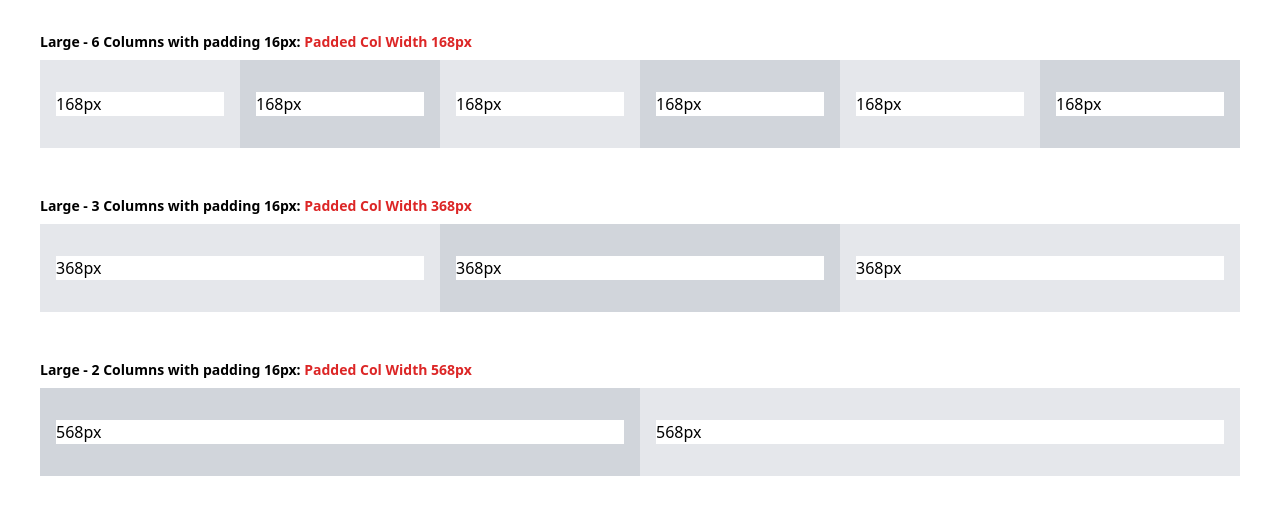
Repository: fabianwurk/vue-tailwind
Page: /
These files come from the project's save history. The page is drawn as it stood at one moment and after the next save; the edit follows.
The browser window is 1280 px wide. The pictures show the whole page.
The project was rebuilt for these pictures with package versions that can differ from the ones it lists, and the page was loaded fresh each time. Also part of the build but not shown: vite.config.js.

Above is the page before, as saved 2021-03-15 23:58:15.

After the next save:
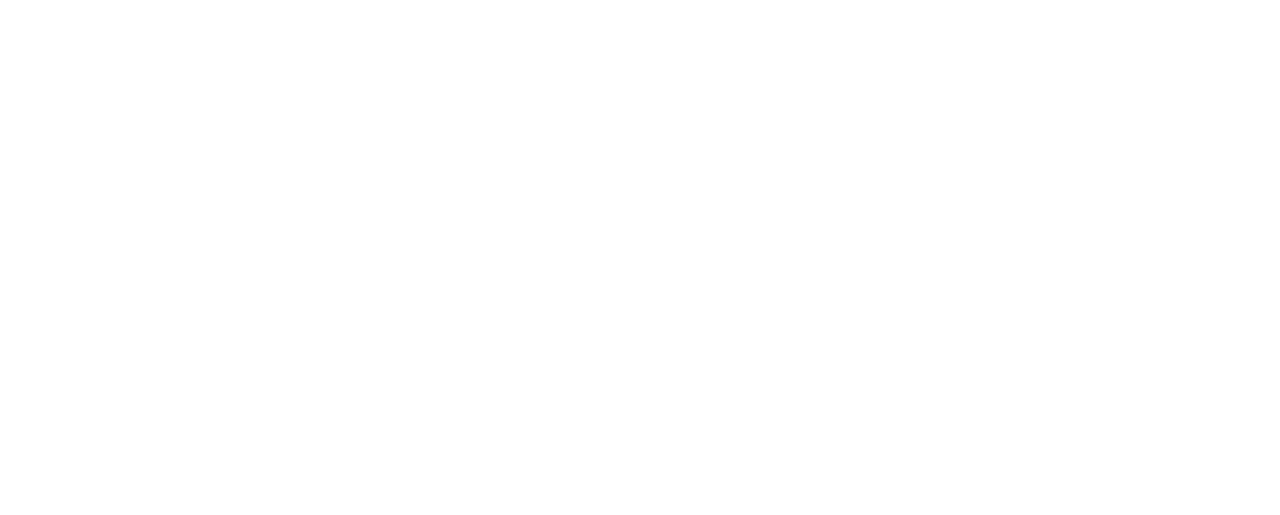
Console error (its wording comes from the project's code and is left out).
Saved 55 s later.
--- a/src/components/Tail.vue
+++ b/src/components/Tail.vue
@@ -2,7 +2,7 @@
   <div>
 
   <div class="container mx-auto">
-    <h2 class="text-sm font-bold mb-2 mt-8">Large - 6 Columns with padding 16px: <span class="text-red-600">Padded Col Width {{ sixCol }}</span></h2>
+    <h2 class="text-sm font-bold mb-2 mt-8">Large - 6 Columns: (Padding 16px) <span class="text-red-600">Padded Col Width {{ sixCol }}</span></h2>
     <div class="flex items-center">
       <div class="w-1/6 bg-gray-200 mb-4 mt-0 py-8 px-4">
         <span class="bg-white w-full block">{{ sixCol }}</span>
@@ -26,7 +26,7 @@
   </div>
 
   <div class="container mx-auto">
-    <h2 class="text-sm font-bold mb-2 mt-8">Large - 3 Columns with padding 16px: <span class="text-red-600">Padded Col Width {{ threeCol }}</span></h2>
+    <h2 class="text-sm font-bold mb-2 mt-8">Large - 3 Columns: (Padding 16px) <span class="text-red-600">Padded Col Width {{ threeCol }}</span></h2>
     <div class="flex items-center">
       <div class="w-1/3 bg-gray-200 mb-4 mt-0 py-8 px-4">
         <span class="bg-white w-full block">{{ threeCol }}</span>
@@ -41,7 +41,7 @@
   </div>
 
   <div class="container mx-auto">
-    <h2 class="text-sm font-bold mb-2 mt-8">Large - 2 Columns with padding 16px: <span class="text-red-600">Padded Col Width {{ twoCol }}</span></h2>
+    <h2 class="text-sm font-bold mb-2 mt-8">Large - 2 Columns: (Padding 16px) <span <span class="text-red-600">Padded Col Width {{ twoCol }}</span></h2>
     <div class="flex items-center">
       <div class="w-1/2 bg-gray-300 mb-4 mt-0 py-8 px-4">
         <span class="bg-white w-full block">{{ twoCol }}</span>

After the 2 saves that followed:
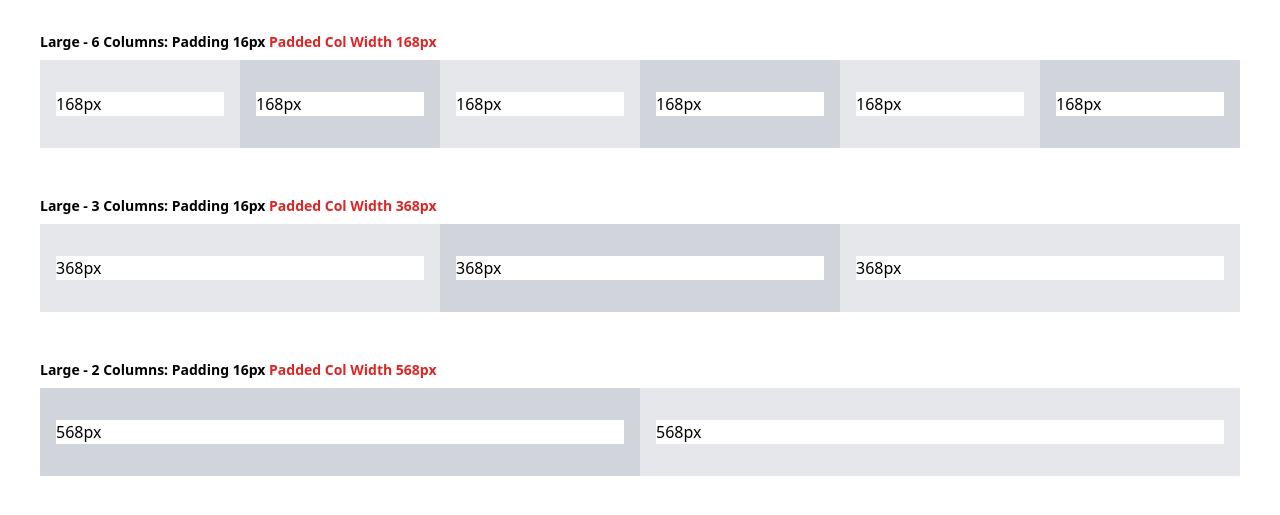
The error is gone.
The 2 saves are shown as one change because 1 left the picture as it was.
The last was saved 45 s later.
--- a/src/components/Tail.vue
+++ b/src/components/Tail.vue
@@ -2,7 +2,7 @@
   <div>
 
   <div class="container mx-auto">
-    <h2 class="text-sm font-bold mb-2 mt-8">Large - 6 Columns: (Padding 16px) <span class="text-red-600">Padded Col Width {{ sixCol }}</span></h2>
+    <h2 class="text-sm font-bold mb-2 mt-8">Large - 6 Columns: Padding 16px <span class="text-red-600">Padded Col Width {{ sixCol }}</span></h2>
     <div class="flex items-center">
       <div class="w-1/6 bg-gray-200 mb-4 mt-0 py-8 px-4">
         <span class="bg-white w-full block">{{ sixCol }}</span>
@@ -26,7 +26,7 @@
   </div>
 
   <div class="container mx-auto">
-    <h2 class="text-sm font-bold mb-2 mt-8">Large - 3 Columns: (Padding 16px) <span class="text-red-600">Padded Col Width {{ threeCol }}</span></h2>
+    <h2 class="text-sm font-bold mb-2 mt-8">Large - 3 Columns: Padding 16px <span class="text-red-600">Padded Col Width {{ threeCol }}</span></h2>
     <div class="flex items-center">
       <div class="w-1/3 bg-gray-200 mb-4 mt-0 py-8 px-4">
         <span class="bg-white w-full block">{{ threeCol }}</span>
@@ -41,7 +41,7 @@
   </div>
 
   <div class="container mx-auto">
-    <h2 class="text-sm font-bold mb-2 mt-8">Large - 2 Columns: (Padding 16px) <span <span class="text-red-600">Padded Col Width {{ twoCol }}</span></h2>
+    <h2 class="text-sm font-bold mb-2 mt-8">Large - 2 Columns: Padding 16px <span class="text-red-600">Padded Col Width {{ twoCol }}</span></h2>
     <div class="flex items-center">
       <div class="w-1/2 bg-gray-300 mb-4 mt-0 py-8 px-4">
         <span class="bg-white w-full block">{{ twoCol }}</span>
